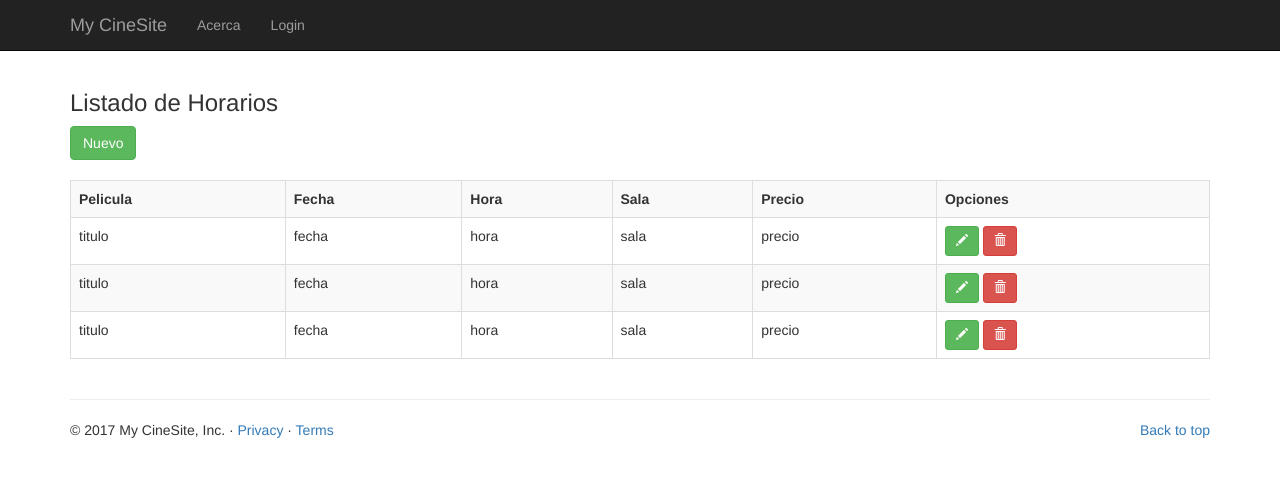
Repository: alejandroBravot/cineSpring
Page: http://localhost/cineapp/WEB-INF/views/horarios/listHorarios.jsp
The author's editor kept a copy of each file at every save. The page is drawn from the files as they stood at one save, then again after the next save.
The browser window is 1280 px wide. The pictures show the whole page.
The page is served by Tomcat 9. Nobody is signed in. The template is opened directly, without the code that normally fills it, so the values that code supplies are empty.

Above is the page before, as saved 2020-03-30 12:03:33.

After the next save:
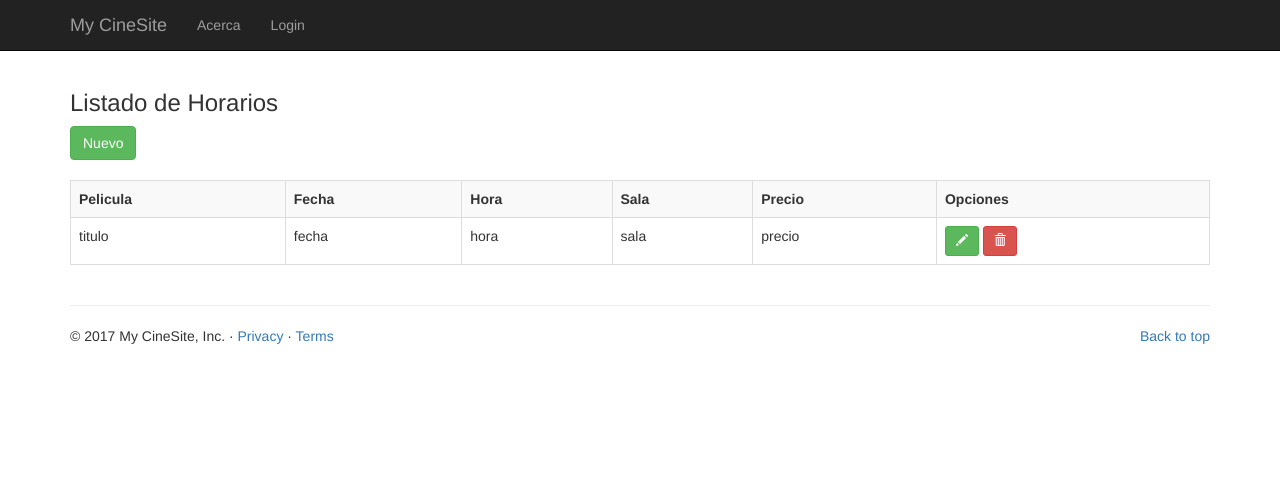
Saved 2 h 32 min later.
--- a/cineapp/webapp/WEB-INF/views/horarios/listHorarios.jsp
+++ b/cineapp/webapp/WEB-INF/views/horarios/listHorarios.jsp
@@ -69,28 +69,6 @@
 					<a href="#" class="btn btn-danger btn-sm" role="button" title="Delete" ><span class="glyphicon glyphicon-trash"></span></a>
 				</td>
             </tr>
-            <tr>
-                <td>titulo</td>
-                <td>fecha</td>
-                <td>hora</td>
-                <td>sala</td>
-                <td>precio</td>
-                <td>
-					<a href="#" class="btn btn-success btn-sm" role="button" title="Edit" ><span class="glyphicon glyphicon-pencil"></span></a>
-					<a href="#" class="btn btn-danger btn-sm" role="button" title="Delete" ><span class="glyphicon glyphicon-trash"></span></a>
-				</td>
-            </tr>
-            <tr>
-                <td>titulo</td>
-                <td>fecha</td>
-                <td>hora</td>
-                <td>sala</td>
-                <td>precio</td>
-                <td>
-					<a href="#" class="btn btn-success btn-sm" role="button" title="Edit" ><span class="glyphicon glyphicon-pencil"></span></a>
-					<a href="#" class="btn btn-danger btn-sm" role="button" title="Delete" ><span class="glyphicon glyphicon-trash"></span></a>
-				</td>
-            </tr>
         </table>
       </div>
       <hr class="featurette-divider">
